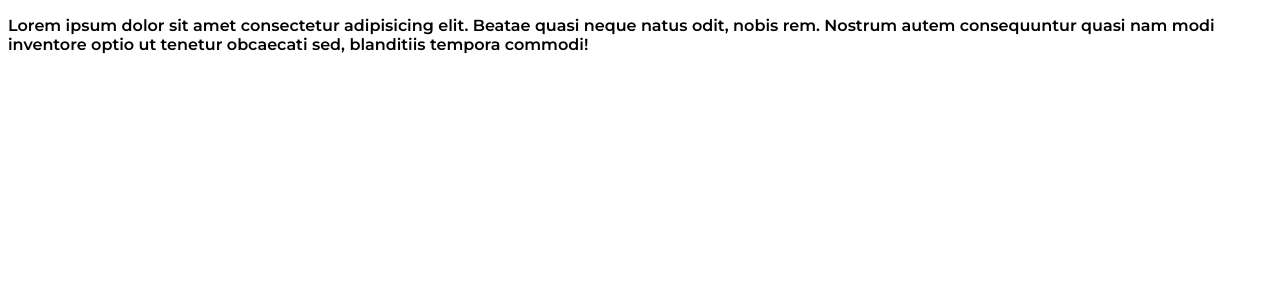
Repository: tranvantai2905/likelion
Page: WEEK-1/BUOI-5/bai_tap_7_tran_van_tai/index.html
An editor plug-in stored every save of this project. The page is shown before and after the next save, followed by the edit.
The browser window is 1280 px wide. The pictures show the whole page.

Above is the page before, as saved 2024-06-21 09:29:27.

After the next save:
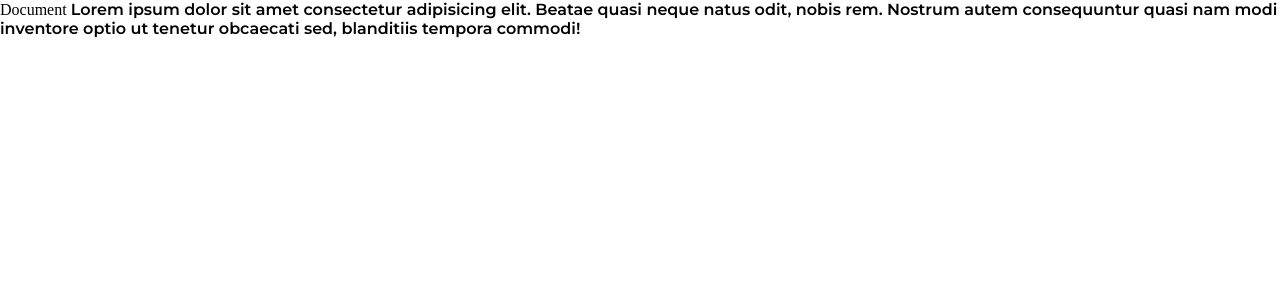
Saved 9 s later.
--- a/WEEK-1/BUOI-5/bai_tap_7_tran_van_tai/style.css
+++ b/WEEK-1/BUOI-5/bai_tap_7_tran_van_tai/style.css
@@ -1,3 +1,7 @@
+*{
+    all: unset
+}
+
 body{
     font-family: "Montserrat", sans-serif;
   font-optical-sizing: auto;
